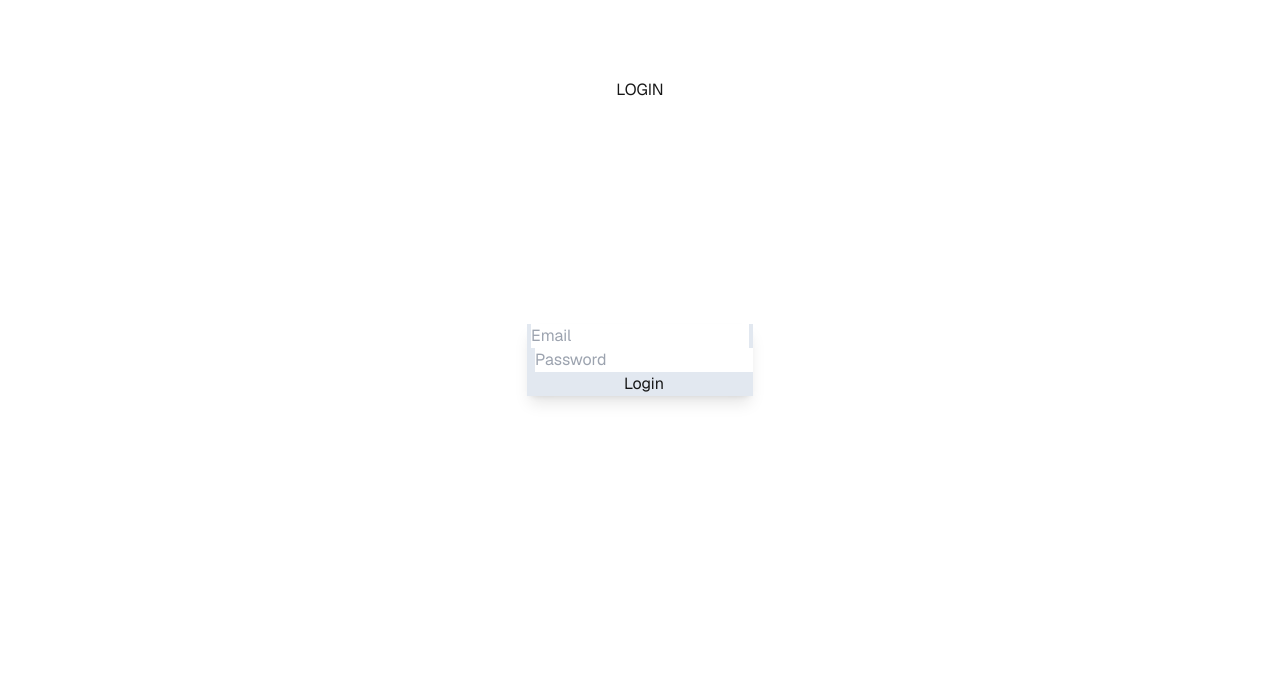
Repository: duresaguye/ethiolostandfound
Page: /login
The author's editor kept a copy of each file at every save. The page is drawn from the files as they stood at one save, then again after the next save.
The browser window is 1280 px wide. The pictures show the whole page.
The project was rebuilt for these pictures with package versions that can differ from the ones it lists, and the page was loaded fresh each time. The framework's server and built-in components were replaced by stand-ins that run in the browser. Also part of the build but not shown: next.config.mjs.

Above is the page before, as saved 2025-02-03 02:56:12.

After the next save:
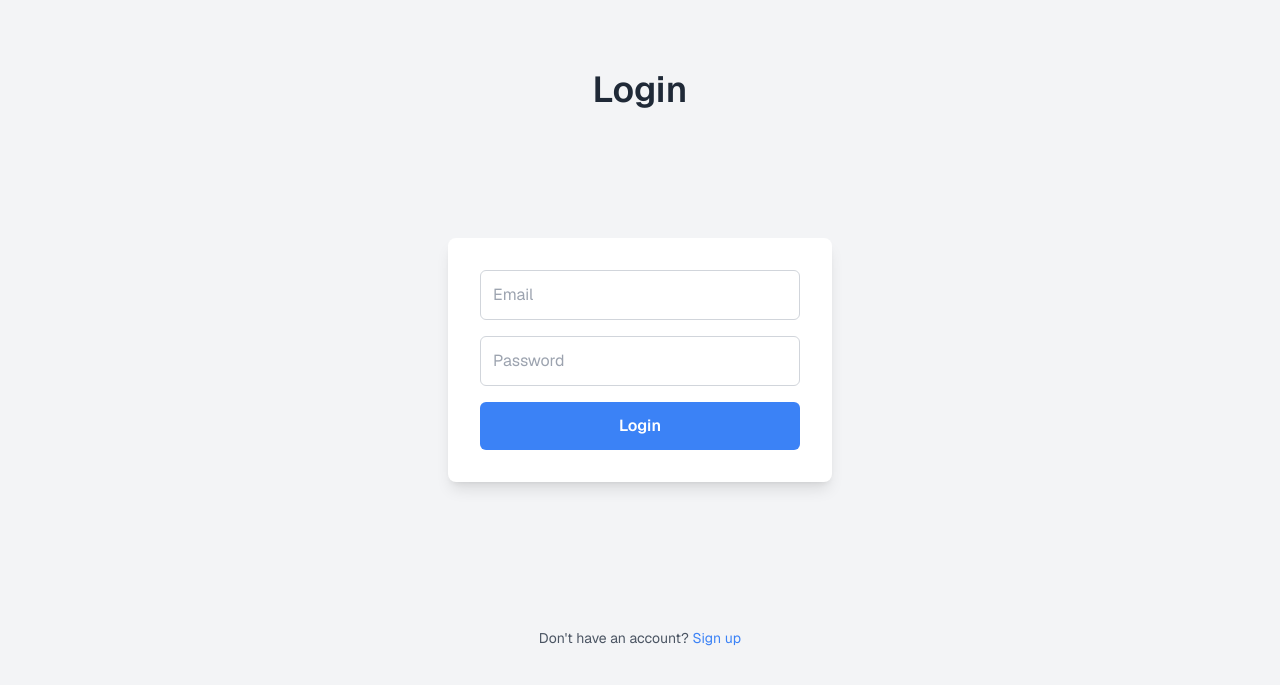
Saved 53 s later.
--- a/src/app/login/page.js
+++ b/src/app/login/page.js
@@ -2,15 +2,31 @@ import React from "react";
 
 export default function LoginPage() {
     return (
-        <div className="grid grid-rows-[20px_1fr_20px] items-center justify-items-center min-h-screen p-8 pb-20 gap-16 sm:p-20 font-[family-name:var(--font-geist-sans)]">
-        <h1>LOGIN</h1>
+        <div className="grid grid-rows-[20px_1fr_20px] items-center justify-items-center min-h-screen p-8 pb-20 gap-16 sm:p-20 font-[family-name:var(--font-geist-sans)] bg-gray-100">
+            <h1 className="text-4xl font-semibold text-gray-800">Login</h1>
 
-        <form className="flex flex-col justify-center items-center space-x-2 bg-slate-200 shadow-lg">
-            <input type="email" placeholder="Email" />
-            <input type="password" placeholder="Password" />
-            <button type="submit">Login</button>
-        </form>
+            <form className="flex flex-col justify-center items-center space-y-4 bg-white p-8 shadow-lg rounded-lg w-full max-w-sm">
+                <input
+                    type="email"
+                    placeholder="Email"
+                    className="w-full p-3 border border-gray-300 rounded-md focus:outline-none focus:ring-2 focus:ring-blue-400"
+                />
+                <input
+                    type="password"
+                    placeholder="Password"
+                    className="w-full p-3 border border-gray-300 rounded-md focus:outline-none focus:ring-2 focus:ring-blue-400"
+                />
+                <button
+                    type="submit"
+                    className="w-full p-3 bg-blue-500 text-white font-semibold rounded-md hover:bg-blue-600 transition-all"
+                >
+                    Login
+                </button>
+            </form>
+
+            <p className="text-center text-sm text-gray-600 mt-4">
+                Don't have an account? <a href="/signup" className="text-blue-500 hover:underline">Sign up</a>
+            </p>
         </div>
-
     );
-    }
+}
